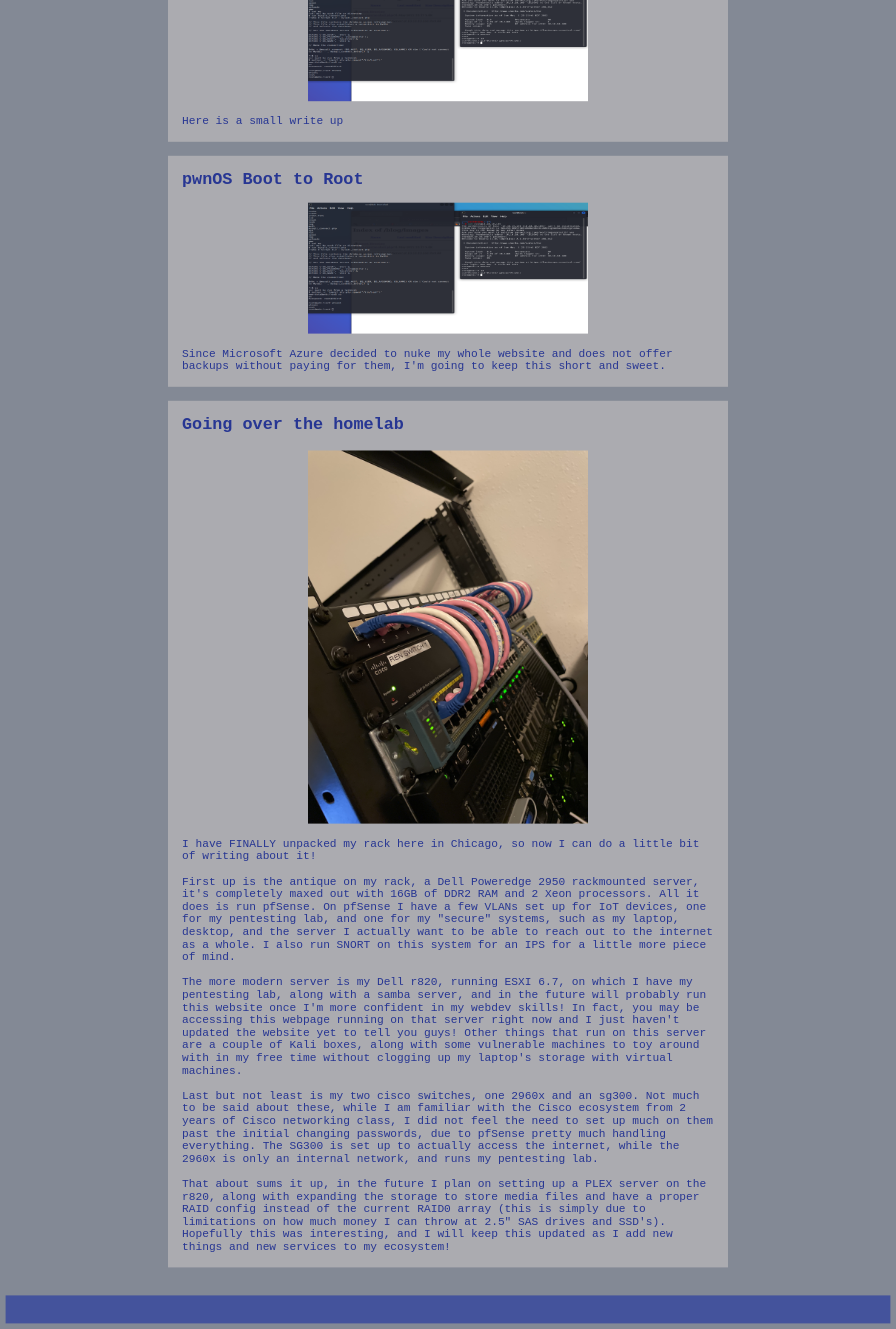
Repository: RennarDeer/RenDev
Page: index.html
An editor plug-in stored every save of this project. The page is shown before and after the next save, followed by the edit.
The browser window is 1280 px wide. The pictures show the part of the page from y = 791 to 2711 px (the page is 2690 px tall before and 2711 px after), at 70% of full size.

Above is the page before, as saved 2023-02-16 22:53:13.
Console error: TypeError: Cannot read properties of null (reading 'addEventListener')

After the next save:
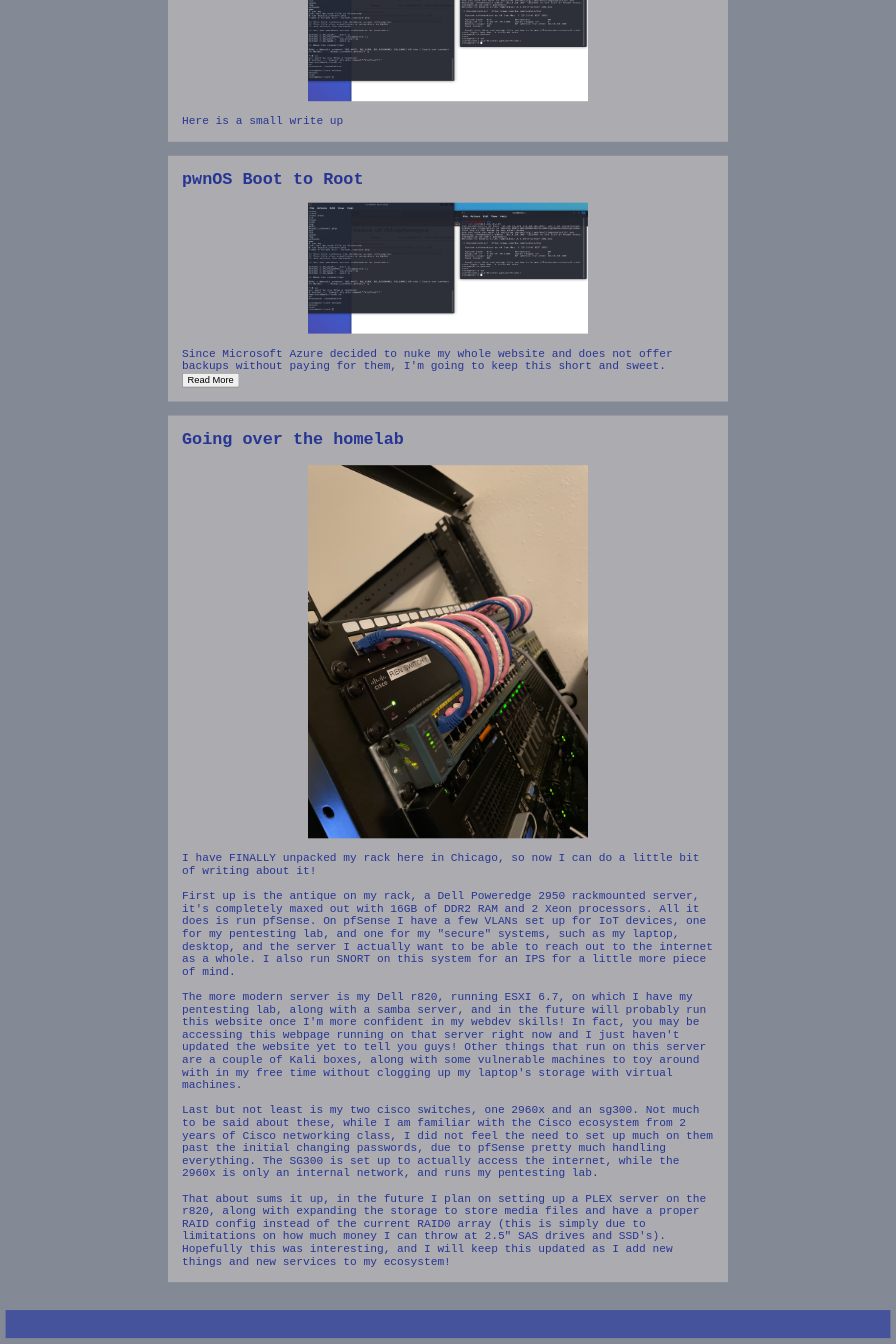
Saved 3 min 56 s later.
--- a/index.html
+++ b/index.html
@@ -39,6 +39,8 @@
 
         Since Microsoft Azure decided to nuke my whole website and does not offer backups without
         paying for them, I'm going to keep this short and sweet.
+
+        <button id="read-more-btn">Read More</button>
 
         <div id="article-more" style="display: none;">
 
